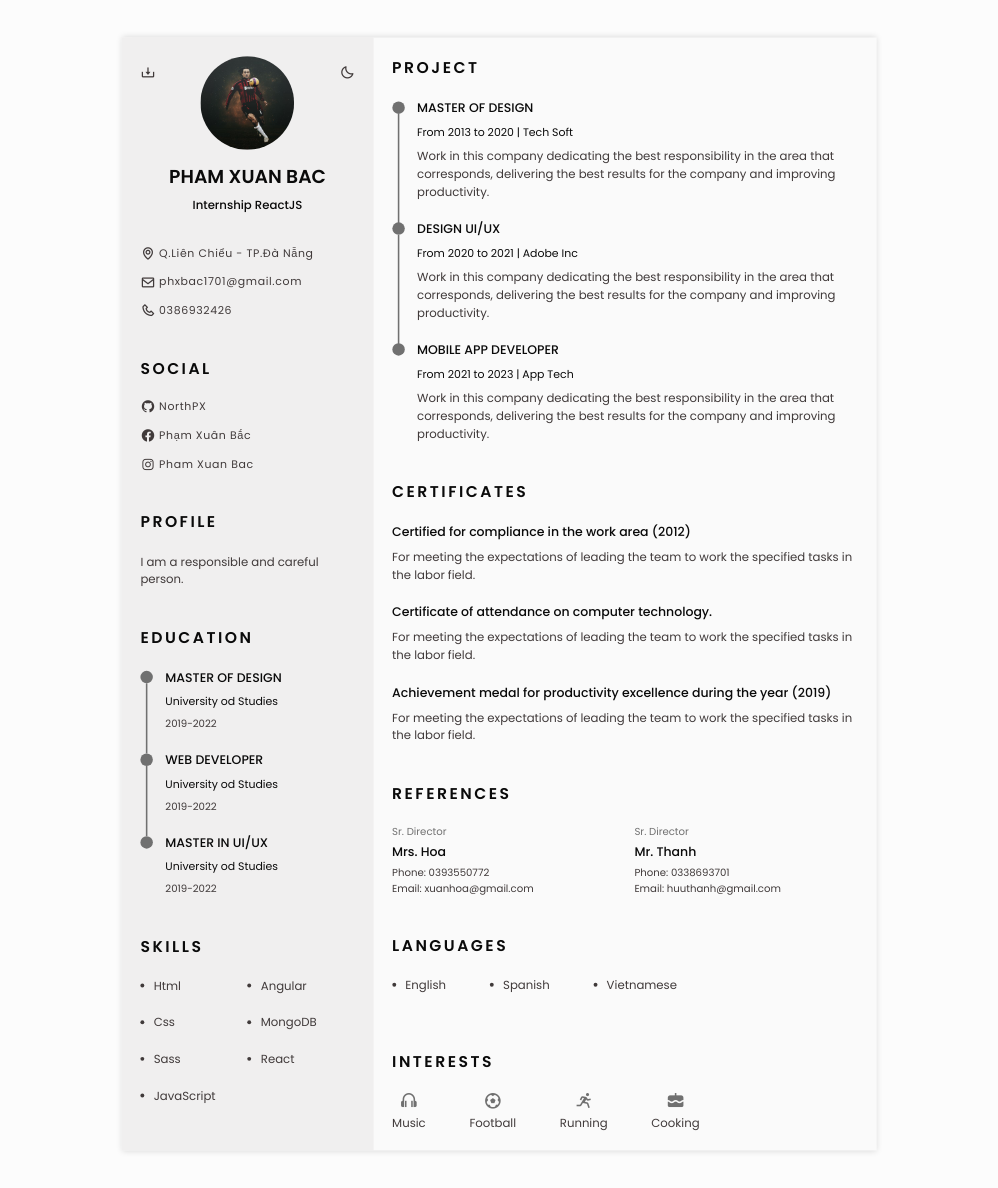
Repository: northpx/myCV
Page: index.html
These files come from the project's save history. The page is drawn as it stood at one moment and after the next save; the edit follows.
The browser window is 1280 px wide. The pictures show the whole page, at 78% of full size.

Above is the page before, as saved 2023-02-23 16:24:11.

After the next save:
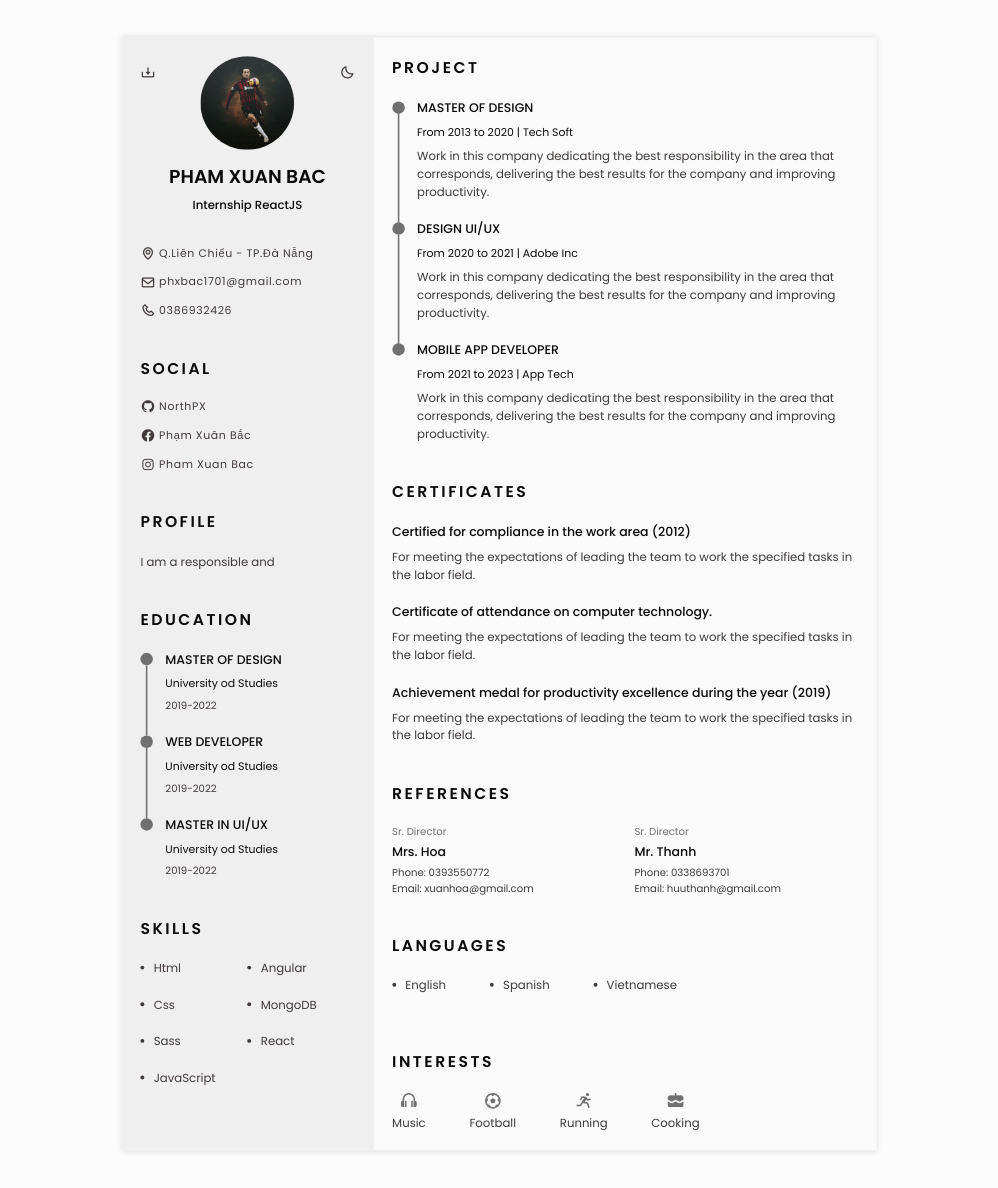
Saved 20 s later.
--- a/index.html
+++ b/index.html
@@ -105,7 +105,7 @@
                 <section class="profile section" id="profile">
                     <h2 class="section-title">Profile</h2>
                     <p class="profile__description">
-                        I am a responsible and careful person.
+                        I am a responsible and
                     </p>
                 </section>
 
